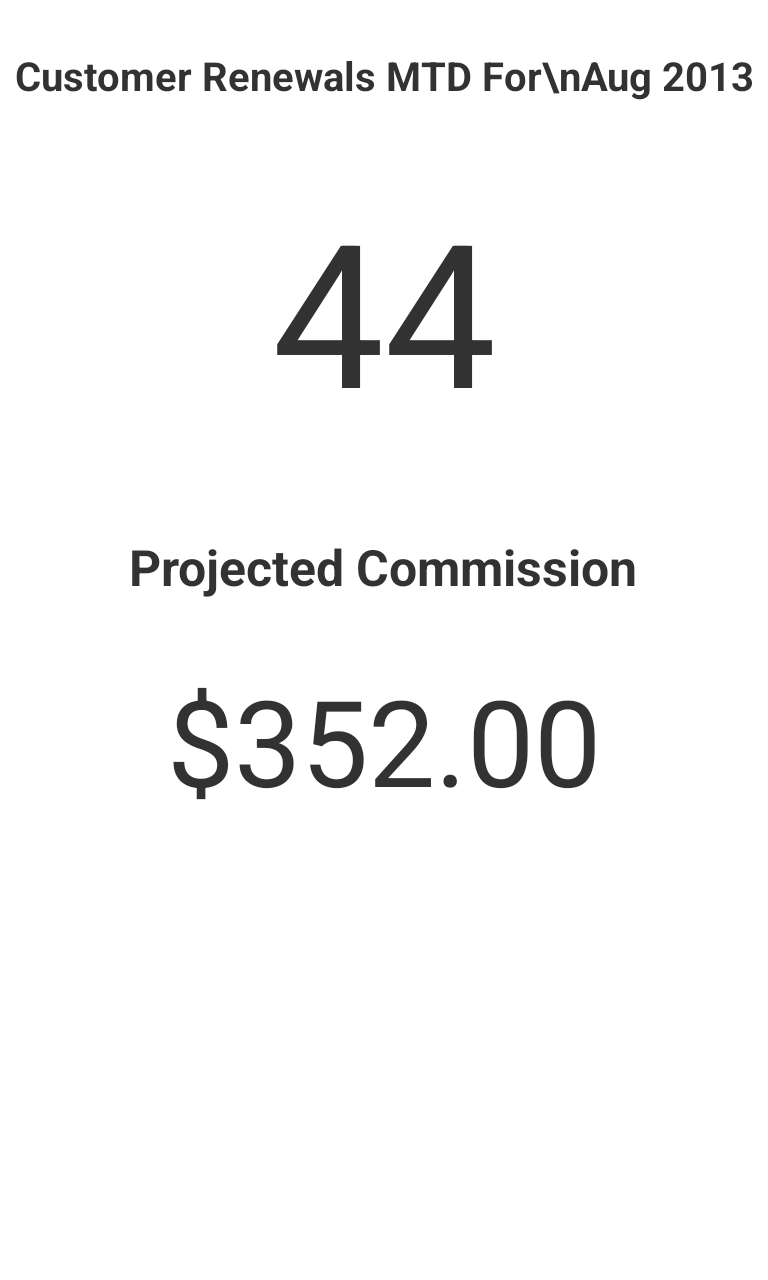
Repository: jemcphe/XCell
Layout: XCell/res/layout/data_renewals.xml
An editor plug-in stored every save of this project. The layout is shown before and after the next save, followed by the edit.
It is drawn on a 768 x 1280 px phone screen (xhdpi) without system bars, with theme Theme.Xcell; the app's code is not run.

Above is the layout before, as saved 2013-08-20 23:52:09.

After the next save:
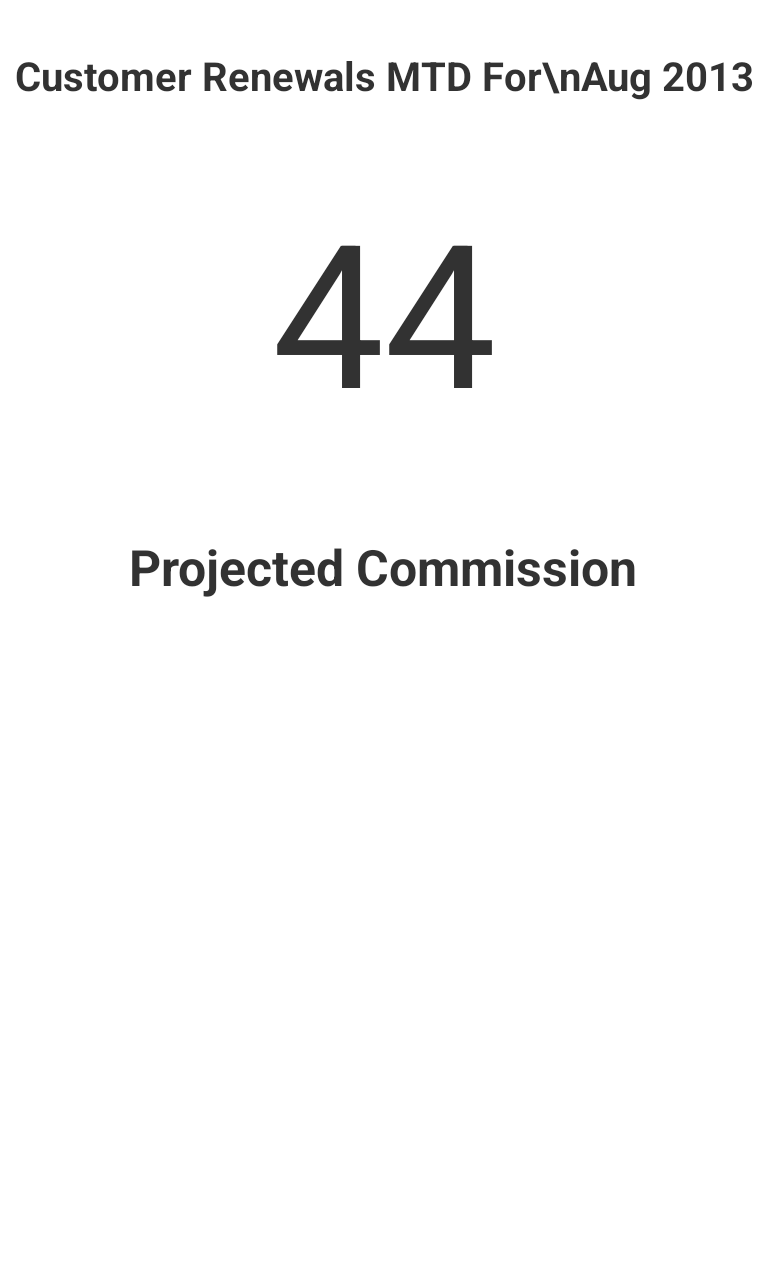
Saved 3 h 39 min later.
--- a/XCell/res/layout/data_renewals.xml
+++ b/XCell/res/layout/data_renewals.xml
@@ -43,7 +43,6 @@
         android:layout_below="@+id/data_renewalCommissionLabel"
         android:layout_centerHorizontal="true"
         android:layout_marginTop="30dp"
-        android:text="$352.00"
         android:textSize="60sp" />
 
 </RelativeLayout>
